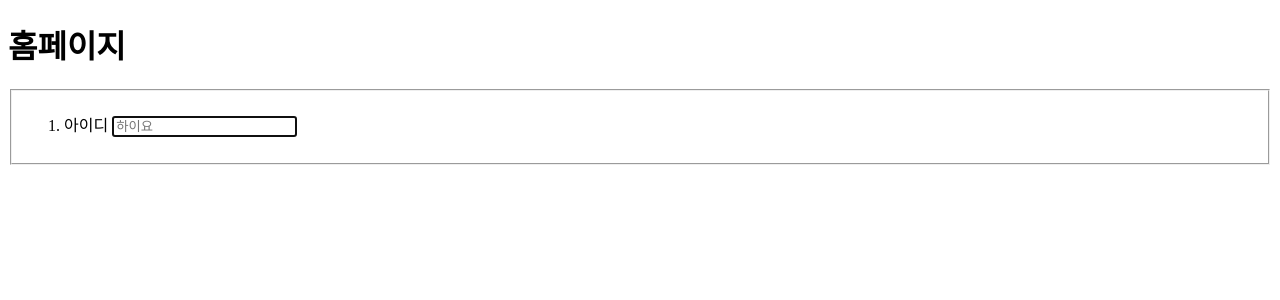
Repository: angelSuho/KCC_Learning_Repo
Page: Html/WebContent/form.html
These files come from the project's save history. The page is drawn as it stood at one moment and after the next save; the edit follows.
The browser window is 1280 px wide. The pictures show the whole page.

Above is the page before, as saved 2024-07-08 05:50:26.

### Html/WebContent/form.html
<!DOCTYPE html>
<html>
<head>
<meta charset="UTF-8">
<title>Insert title here</title>
</head>
<body>
	<h1>홈페이지</h1>
	<form action="서버URL" method="get/post">
		<fieldset>
			<ol>
			<li>
				<label for="id">아이디</label>
				<input type="text" name="userId" id="id" autofocus="autofocus"
				placeholder="하이요">
			</li>
			</ol>
		</fieldset>
	</form>
</body>
</html>

After the next save:
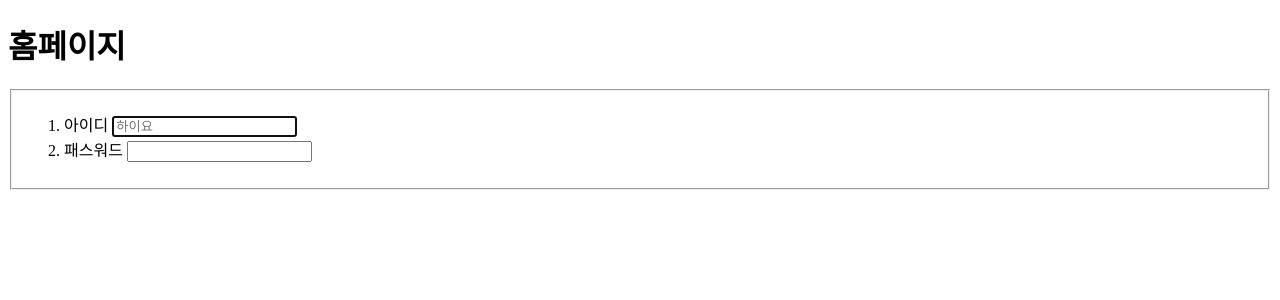
Saved 16 min 58 s later.
--- a/Html/WebContent/form.html
+++ b/Html/WebContent/form.html
@@ -14,6 +14,10 @@
 				<input type="text" name="userId" id="id" autofocus="autofocus"
 				placeholder="하이요">
 			</li>
+			<li>
+				<label>패스워드</label>
+				<input type="password" name="userPass">
+			</li>
 			</ol>
 		</fieldset>
 	</form>
